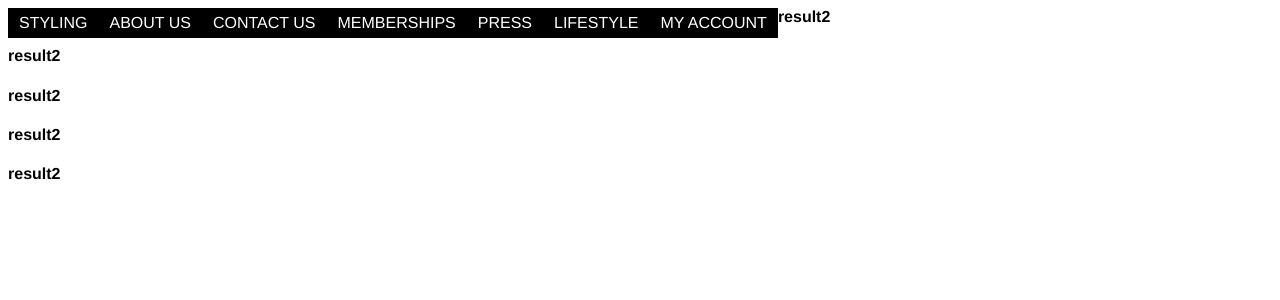
Repository: kesquili/kesquili.github.io
Page: fitin/closet.html
The author's editor kept a record of every edit. The page is drawn from the files as they stood at one moment, then again after the next edit.
The browser window is 1280 px wide. The pictures show the whole page.

Above is the page before.

### fitin/closet.html
<html>
  <head>
  <title>Fitin: A Men's Styling Brand</title>
  <link rel="stylesheet" href="styles.css">
  </head>
<body>
    <nav>
        <ul>
          <li><a href"#">STYLING</a></li>
          <li><a href"#">ABOUT US</a></li>
              <ul>
                  <li><a href"#">CONTACT US</a></li>
                  <li><a href"#">MEMBERSHIPS</a></li>
                  <li><a href"#">PRESS</a></li>
              </ul>
          <li><a href"#">LIFESTYLE</a>
             <ul>
                 <li><a href"#">LOOKING GOOD</a></li>
                 <li><a href"#">FEELING GOOD</a></li>
                 </li>
             </ul>
          <li><a href"#">MY ACCOUNT</a>
              <ul>
                  <li><a href"#">MY CLOSET</a></li>
                  </li>
              </ul>
        </ul>
    </nav>
     <div class="closet">
         <h4>result2</h4>
         <h4>result2</h4>
         <h4>result2</h4>
         <h4>result2</h4>
         <h4>result2</h4>
     </div>
</body>

### fitin/styles.css
body {
font: 14px;
font-family: Helvetica, sans-serif;
}

.results h4{
    border: 5px;
    border-color: black;
    border-style: solid;
    margin:30px;
    width: 200px;
    height: 300px;
    float: left;
}

.breakdown h4{
    border: 5px;
    border-color: black;
    border-style: solid;
    margin:30px;
    width: 100px;
    height: 200px;
    float: left;
    position: relative;
}

.sideimage {
    border: 10px solid black;
    width: 300px;
    height: 450px;
    float: left;
    margin-right: 12px;
}
.signup{
    margin-left: 20px;
    float: left;

}
.sell{
    max-width: 500px;
    display: inline;
    position: relative;
}
h6{
    font-size: 12px;
    font-family: Helvetica, sans-serif;
    padding: 0;
    display: inline;
    text-align: right;
}
nav{
    text-align: center;
    position: relative;
}
ul {
    list-style: none;
    padding: 0px;
    margin: 0px;
}

ul li {
    display: block;
    position: relative;
    float: left;
    border: 1px solid #000
}

li ul {
    display: none;
}

ul li a {
    display: block;
    background: #000;
    padding: 5px 10px 5px 10px;
    text-decoration: none;
    white-space: nowrap;color: #fff;
}

ul li a:hover {
    background: gray;
}

li:hover ul {
    display: block;
    position: absolute;
}

li:hover li {
    float: none;
}

li:hover a {
    background: gray;
}

li:hover li a:hover {
    background: #000;
}

nav li ul li {
      border-top: 0px;
  }

After the next edit:
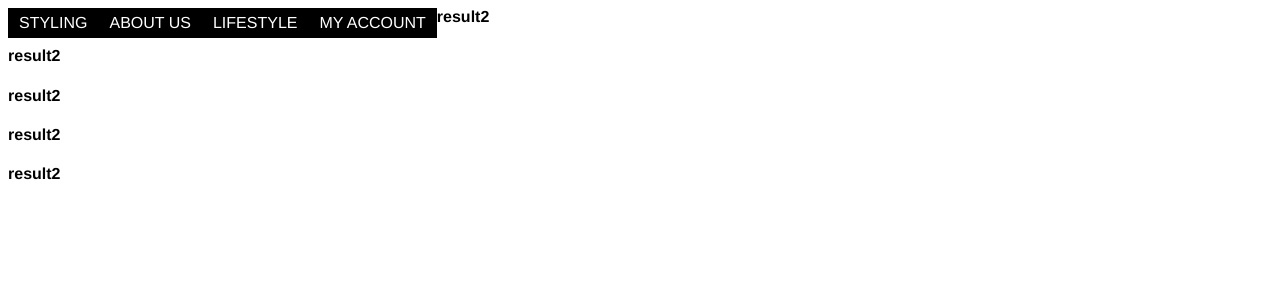
The edit:
--- a/fitin/closet.html
+++ b/fitin/closet.html
@@ -7,7 +7,7 @@
     <nav>
         <ul>
           <li><a href"#">STYLING</a></li>
-          <li><a href"#">ABOUT US</a></li>
+          <li><a href"#">ABOUT US</a>
               <ul>
                   <li><a href"#">CONTACT US</a></li>
                   <li><a href"#">MEMBERSHIPS</a></li>
